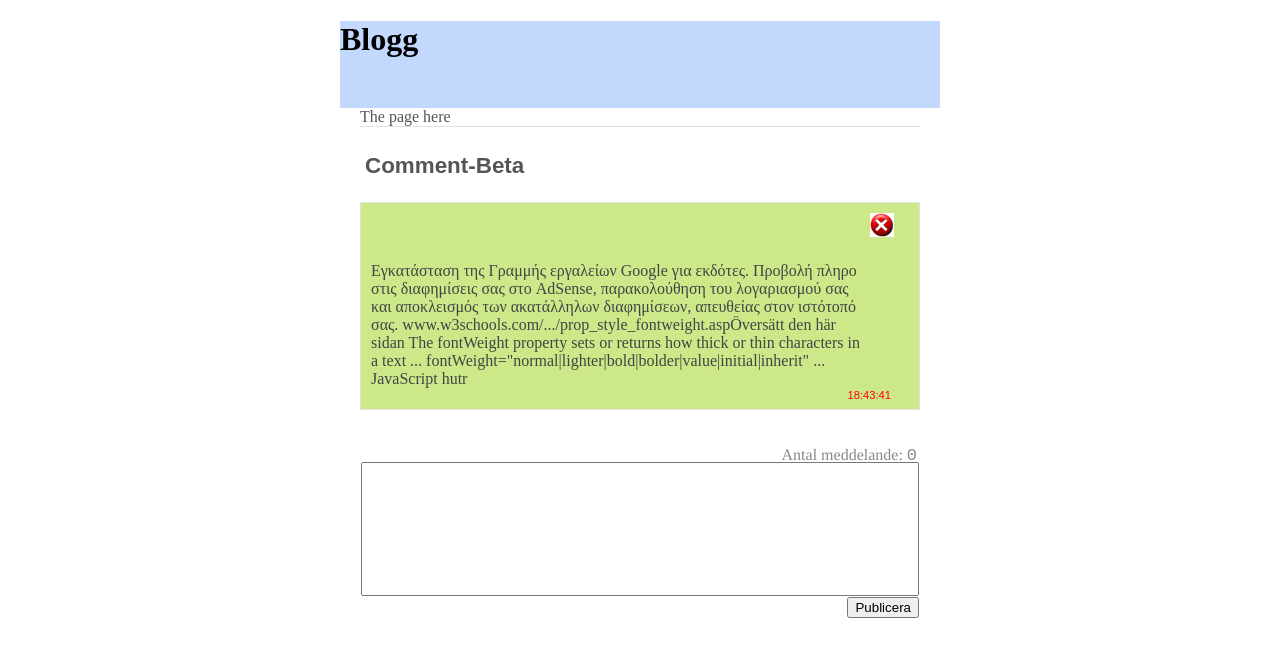
Repository: dn222em/1dv403-laborationer
Page: 2-labbymezzage/index.html
The author's editor kept a record of every edit. The page is drawn from the files as they stood at one moment, then again after the next edit.
The browser window is 1280 px wide. The pictures show the whole page.

Above is the page before.

After the next edit:
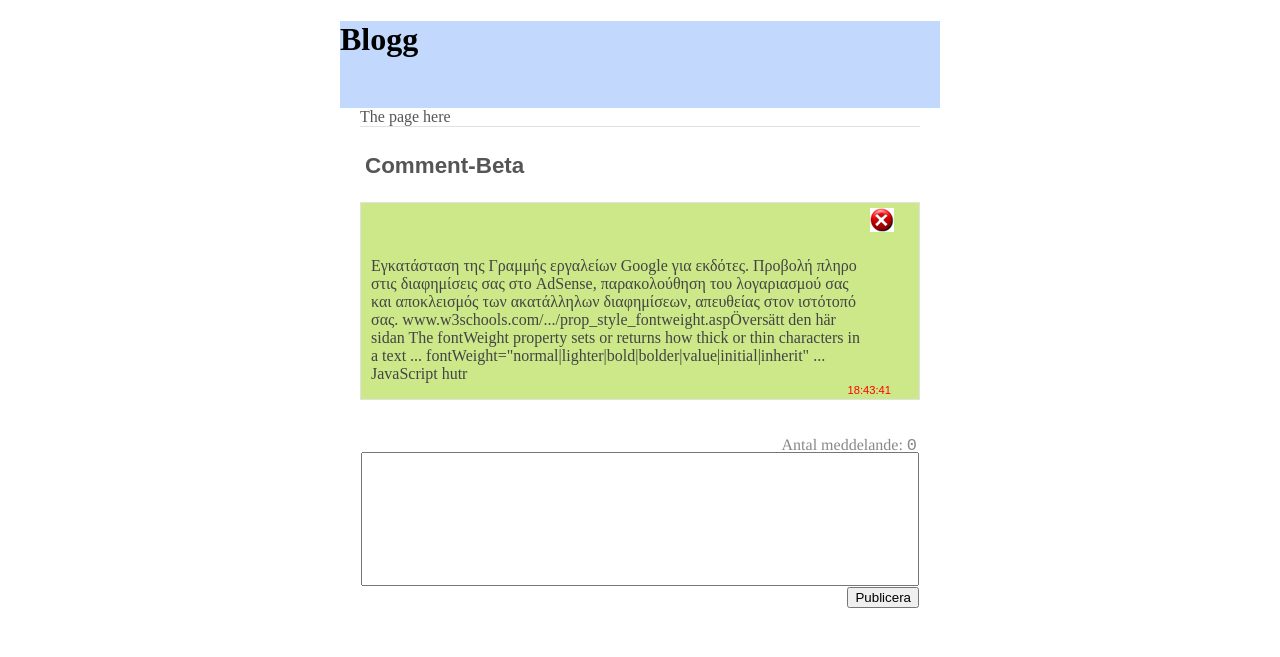
The edit:
--- a/2-labbymezzage/style.css
+++ b/2-labbymezzage/style.css
@@ -143,7 +143,6 @@
 	list-style-type:none;
 	margin:10px 0px 10px 0px;
  	border:1px solid #e1e1e1;
- 	padding:5px;
  	padding-left:10px;
  	padding-right:10px;
 	background-color:#cce889;
